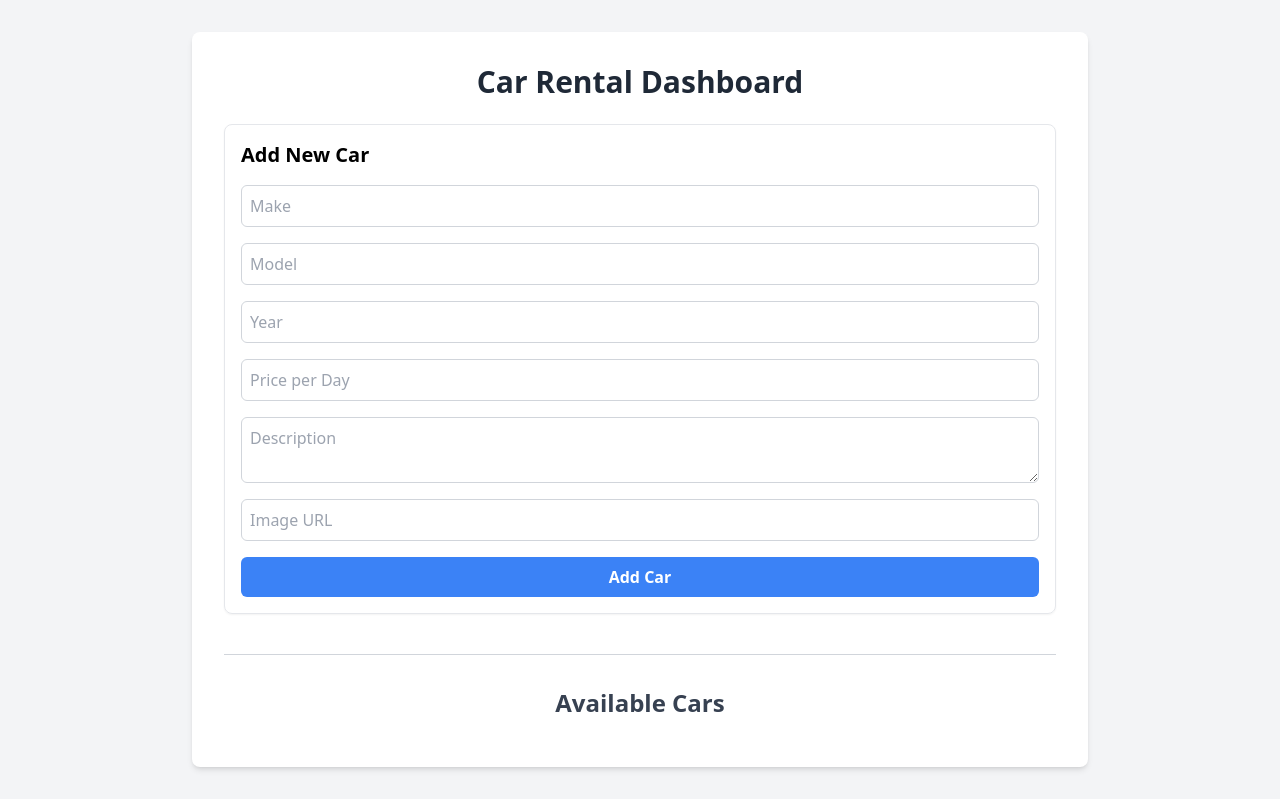
Repository: Daehy-peels/car-rental-app
Page: / (app in client/)
These files come from the project's save history. The page is drawn as it stood at one moment and after the next save; the edit follows.
The browser window is 1280 px wide. The pictures show the whole page.
The page's requests for data from a server got no answer. The project was rebuilt for these pictures with package versions that can differ from the ones it lists, and the page was loaded fresh each time. No one was signed in, and anything a server would have sent is missing. Also part of the build but not shown: client/vite.config.js.

Above is the page before, as saved 2025-08-20 20:12:29.

### client/src/index.css
/* client/src/index.css */
@tailwind base;
@tailwind components;
@tailwind utilities;

### client/src/App.jsx
// src/App.jsx
import { useState, useEffect } from "react";
import AddCarForm from "./AddCarForm";
import "./index.css";

function App() {
  const [cars, setCars] = useState([]);

  const fetchCars = async () => {
    try {
      const response = await fetch("http://localhost:3000/api/cars");
      const data = await response.json();
      setCars(data);
    } catch (error) {
      console.error("Error fetching cars:", error);
    }
  };

  useEffect(() => {
    fetchCars();
  }, []);

  return (
    <div className="bg-gray-100 min-h-screen p-8">
      <div className="max-w-4xl mx-auto bg-white p-8 rounded-lg shadow-md">
        <h1 className="text-3xl font-bold text-gray-800 mb-6 text-center">
          Car Rental Dashboard
        </h1>

        <div className="mb-10">
          <AddCarForm />
        </div>

        <hr className="my-8 border-gray-300" />

        <h2 className="text-2xl font-semibold text-gray-700 mb-4 text-center">
          Available Cars
        </h2>
        <div className="grid grid-cols-1 sm:grid-cols-2 md:grid-cols-3 gap-6">
          {cars.map((car) => (
            <div
              key={car.car_id}
              className="bg-white border border-gray-200 rounded-lg overflow-hidden shadow-lg hover:shadow-xl transition-shadow duration-300"
            >
              <img
                src={car.image_url}
                alt={`${car.make} ${car.model}`}
                className="w-full h-48 object-cover"
              />
              <div className="p-4">
                <h3 className="text-xl font-bold text-gray-800">
                  {car.make} {car.model}
                </h3>
                <p className="text-sm text-gray-600 mt-1">
                  <span className="font-semibold">Year:</span> {car.year}
                </p>
                <p className="text-sm text-gray-600 mt-1">
                  <span className="font-semibold">Price:</span> $
                  {car.price_per_day} / day
                </p>
                <p className="text-sm text-gray-600 mt-1">
                  <span className="font-semibold">Status:</span>{" "}
                  {car.is_available ? "Available" : "Rented"}
                </p>
              </div>
            </div>
          ))}
        </div>
      </div>
    </div>
  );
}

export default App;

### client/src/AddCarForm.jsx
// src/AddCarForm.jsx
import React, { useState } from "react";

const AddCarForm = () => {
  // State to hold the form data
  const [formData, setFormData] = useState({
    make: "",
    model: "",
    year: "",
    price_per_day: "",
    description: "",
    image_url: "",
  });

  // Handle input changes
  const handleChange = (e) => {
    setFormData({ ...formData, [e.target.name]: e.target.value });
  };

  // Handle form submission
  const handleSubmit = async (e) => {
    e.preventDefault();
    try {
      const response = await fetch("http://localhost:3000/api/cars", {
        method: "POST",
        headers: {
          "Content-Type": "application/json",
        },
        body: JSON.stringify(formData),
      });

      if (response.ok) {
        alert("Car added successfully!");
        setFormData({
          make: "",
          model: "",
          year: "",
          price_per_day: "",
          description: "",
          image_url: "",
        });
      } else {
        alert("Failed to add car.");
      }
    } catch (error) {
      console.error("Error:", error);
      alert("An error occurred. Check the console for details.");
    }
  };

  return (
    <div className="p-4 border border-gray-200 rounded-lg shadow-sm">
      <h2 className="text-xl font-semibold mb-4">Add New Car</h2>
      <form onSubmit={handleSubmit} className="grid gap-4">
        <input
          type="text"
          name="make"
          value={formData.make}
          onChange={handleChange}
          placeholder="Make"
          required
          className="p-2 border border-gray-300 rounded-md"
        />
        <input
          type="text"
          name="model"
          value={formData.model}
          onChange={handleChange}
          placeholder="Model"
          required
          className="p-2 border border-gray-300 rounded-md"
        />
        <input
          type="number"
          name="year"
          value={formData.year}
          onChange={handleChange}
          placeholder="Year"
          required
          className="p-2 border border-gray-300 rounded-md"
        />
        <input
          type="number"
          name="price_per_day"
          value={formData.price_per_day}
          onChange={handleChange}
          placeholder="Price per Day"
          required
          className="p-2 border border-gray-300 rounded-md"
        />
        <textarea
          name="description"
          value={formData.description}
          onChange={handleChange}
          placeholder="Description"
          className="p-2 border border-gray-300 rounded-md"
        ></textarea>
        <input
          type="text"
          name="image_url"
          value={formData.image_url}
          onChange={handleChange}
          placeholder="Image URL"
          className="p-2 border border-gray-300 rounded-md"
        />
        <button
          type="submit"
          className="bg-blue-500 text-white font-bold py-2 px-4 rounded-md hover:bg-blue-600 transition-colors"
        >
          Add Car
        </button>
      </form>
    </div>
  );
};

export default AddCarForm;

### client/tailwind.config.js
// client/tailwind.config.js
/** @type {import('tailwindcss').Config} */
export default {
  content: ["./index.html", "./src/**/*.{js,ts,jsx,tsx}"],
  theme: {
    extend: {},
  },
  plugins: [],
};

### client/src/services/api.js
// src/services/api.js

const API_URL = "http://localhost:3000/api";

// Function to fetch all cars from the backend
export const fetchCars = async () => {
  try {
    const response = await fetch(`${API_URL}/cars`);
    if (!response.ok) {
      throw new Error("Failed to fetch cars");
    }
    const data = await response.json();
    return data;
  } catch (error) {
    console.error("Error fetching cars:", error);
    return [];
  }
};

// Function to create a new car
export const addCar = async (carData) => {
  try {
    const response = await fetch(`${API_URL}/cars`, {
      method: "POST",
      headers: {
        "Content-Type": "application/json",
      },
      body: JSON.stringify(carData),
    });
    if (!response.ok) {
      throw new Error("Failed to add car");
    }
    const data = await response.json();
    return data;
  } catch (error) {
    console.error("Error adding car:", error);
    throw error;
  }
};

Loaded but not shown: client/index.html (common file); client/src/main.jsx (common file)

After the next save:
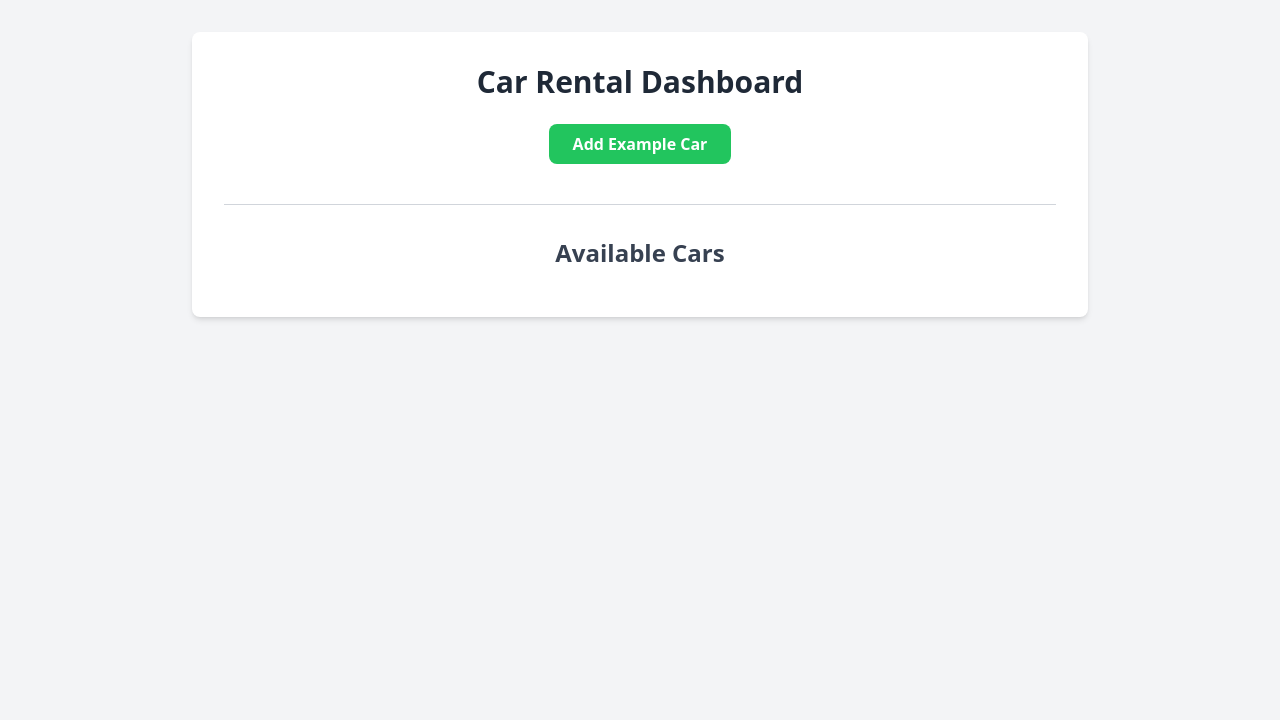
Saved 16 s later.
--- a/client/src/App.jsx
+++ b/client/src/App.jsx
@@ -1,24 +1,42 @@
 // src/App.jsx
 import { useState, useEffect } from "react";
-import AddCarForm from "./AddCarForm";
 import "./index.css";
+import { fetchCars, addCar } from "./services/api";
 
 function App() {
   const [cars, setCars] = useState([]);
 
-  const fetchCars = async () => {
-    try {
-      const response = await fetch("http://localhost:3000/api/cars");
-      const data = await response.json();
-      setCars(data);
-    } catch (error) {
-      console.error("Error fetching cars:", error);
-    }
+  // Use the fetchCars service function
+  const getCars = async () => {
+    const carList = await fetchCars();
+    setCars(carList);
   };
 
   useEffect(() => {
-    fetchCars();
+    getCars();
   }, []);
+
+  const handleSubmit = async (e) => {
+    e.preventDefault();
+    // This is a placeholder for your form data
+    const newCarData = {
+      make: "New Make",
+      model: "New Model",
+      year: 2023,
+      price_per_day: 65,
+      description: "A new car added from the frontend.",
+      image_url: "https://placehold.co/600x400/png",
+    };
+
+    try {
+      await addCar(newCarData);
+      // Refresh the car list after adding a new car
+      getCars();
+      alert("Car added successfully!");
+    } catch (error) {
+      alert("Failed to add car. Check console for details.");
+    }
+  };
 
   return (
     <div className="bg-gray-100 min-h-screen p-8">
@@ -27,8 +45,13 @@ function App() {
           Car Rental Dashboard
         </h1>
 
-        <div className="mb-10">
-          <AddCarForm />
+        <div className="mb-10 text-center">
+          <button
+            onClick={handleSubmit}
+            className="bg-green-500 text-white font-bold py-2 px-6 rounded-lg hover:bg-green-600 transition-colors"
+          >
+            Add Example Car
+          </button>
         </div>
 
         <hr className="my-8 border-gray-300" />
@@ -58,10 +81,6 @@ function App() {
                   <span className="font-semibold">Price:</span> $
                   {car.price_per_day} / day
                 </p>
-                <p className="text-sm text-gray-600 mt-1">
-                  <span className="font-semibold">Status:</span>{" "}
-                  {car.is_available ? "Available" : "Rented"}
-                </p>
               </div>
             </div>
           ))}
